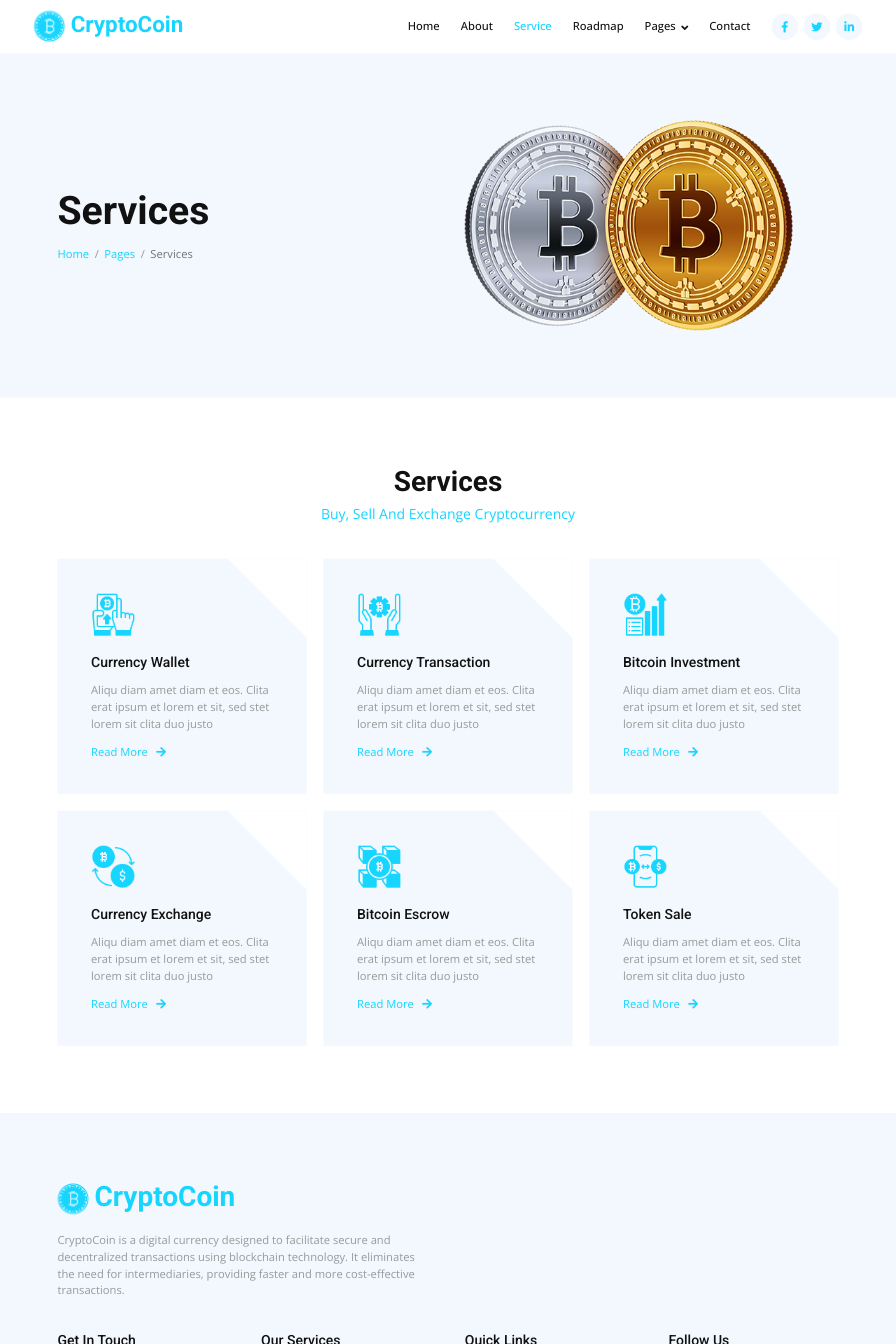
Repository: meenadabhii/nexacrypto
Page: service.html
These files come from the project's save history. The page is drawn as it stood at one moment and after the next save; the edit follows.
The browser window is 1280 px wide. The pictures show the part of the page from y = 0 to 1920 px (the page is 2198 px tall before and 2750 px after), at 70% of full size.
Some web libraries are served in a nearby version.

Above is the page before, as saved 2025-03-21 17:06:10.

After the next save:
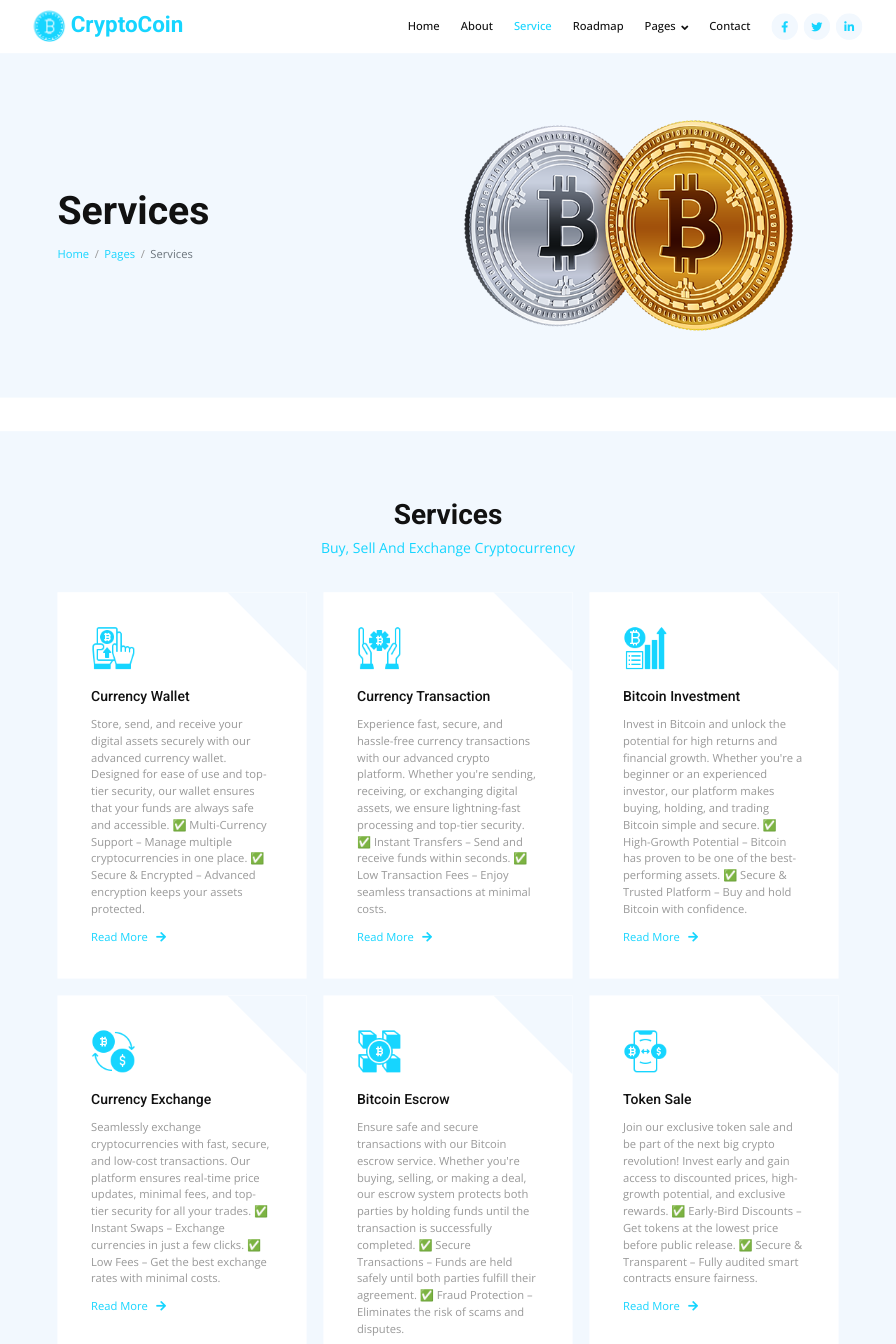
Saved 92 s later.
--- a/service.html
+++ b/service.html
@@ -98,58 +98,70 @@
 
 
     <!-- Service Start -->
-    <div class="container-xxl py-5">
-        <div class="container">
+    <div class="container-xxl bg-light py-5 my-5">
+        <div class="container py-5">
             <div class="text-center mx-auto wow fadeInUp" data-wow-delay="0.1s" style="max-width: 500px;">
                 <h1 class="display-6">Services</h1>
                 <p class="text-primary fs-5 mb-5">Buy, Sell And Exchange Cryptocurrency</p>
             </div>
             <div class="row g-4">
                 <div class="col-lg-4 col-md-6 wow fadeInUp" data-wow-delay="0.1s">
-                    <div class="service-item bg-light p-5">
+                    <div class="service-item bg-white p-5">
                         <img class="img-fluid mb-4" src="img/icon-7.png" alt="">
                         <h5 class="mb-3">Currency Wallet</h5>
-                        <p>Aliqu diam amet diam et eos. Clita erat ipsum et lorem et sit, sed stet lorem sit clita duo justo</p>
+                        <p>Store, send, and receive your digital assets securely with our advanced currency wallet. Designed for ease of use and top-tier security, our wallet ensures that your funds are always safe and accessible.
+                            ✅ Multi-Currency Support – Manage multiple cryptocurrencies in one place.
+                            ✅ Secure & Encrypted – Advanced encryption keeps your assets protected.</p>
                         <a href="">Read More <i class="fa fa-arrow-right ms-2"></i></a>
                     </div>
                 </div>
                 <div class="col-lg-4 col-md-6 wow fadeInUp" data-wow-delay="0.3s">
-                    <div class="service-item bg-light p-5">
+                    <div class="service-item bg-white p-5">
                         <img class="img-fluid mb-4" src="img/icon-3.png" alt="">
                         <h5 class="mb-3">Currency Transaction</h5>
-                        <p>Aliqu diam amet diam et eos. Clita erat ipsum et lorem et sit, sed stet lorem sit clita duo justo</p>
+                        <p>Experience fast, secure, and hassle-free currency transactions with our advanced crypto platform. Whether you're sending, receiving, or exchanging digital assets, we ensure lightning-fast processing and top-tier security.
+                            ✅ Instant Transfers – Send and receive funds within seconds.
+                            ✅ Low Transaction Fees – Enjoy seamless transactions at minimal costs.</p>
                         <a href="">Read More <i class="fa fa-arrow-right ms-2"></i></a>
                     </div>
                 </div>
                 <div class="col-lg-4 col-md-6 wow fadeInUp" data-wow-delay="0.5s">
-                    <div class="service-item bg-light p-5">
+                    <div class="service-item bg-white p-5">
                         <img class="img-fluid mb-4" src="img/icon-9.png" alt="">
                         <h5 class="mb-3">Bitcoin Investment</h5>
-                        <p>Aliqu diam amet diam et eos. Clita erat ipsum et lorem et sit, sed stet lorem sit clita duo justo</p>
+                        <p>Invest in Bitcoin and unlock the potential for high returns and financial growth. Whether you're a beginner or an experienced investor, our platform makes buying, holding, and trading Bitcoin simple and secure.
+                            ✅ High-Growth Potential – Bitcoin has proven to be one of the best-performing assets.
+                            ✅ Secure & Trusted Platform – Buy and hold Bitcoin with confidence.</p>
                         <a href="">Read More <i class="fa fa-arrow-right ms-2"></i></a>
                     </div>
                 </div>
                 <div class="col-lg-4 col-md-6 wow fadeInUp" data-wow-delay="0.1s">
-                    <div class="service-item bg-light p-5">
+                    <div class="service-item bg-white p-5">
                         <img class="img-fluid mb-4" src="img/icon-5.png" alt="">
                         <h5 class="mb-3">Currency Exchange</h5>
-                        <p>Aliqu diam amet diam et eos. Clita erat ipsum et lorem et sit, sed stet lorem sit clita duo justo</p>
+                        <p>Seamlessly exchange cryptocurrencies with fast, secure, and low-cost transactions. Our platform ensures real-time price updates, minimal fees, and top-tier security for all your trades.
+                            ✅ Instant Swaps – Exchange currencies in just a few clicks.
+                            ✅ Low Fees – Get the best exchange rates with minimal costs.</p>
                         <a href="">Read More <i class="fa fa-arrow-right ms-2"></i></a>
                     </div>
                 </div>
                 <div class="col-lg-4 col-md-6 wow fadeInUp" data-wow-delay="0.3s">
-                    <div class="service-item bg-light p-5">
+                    <div class="service-item bg-white p-5">
                         <img class="img-fluid mb-4" src="img/icon-2.png" alt="">
                         <h5 class="mb-3">Bitcoin Escrow</h5>
-                        <p>Aliqu diam amet diam et eos. Clita erat ipsum et lorem et sit, sed stet lorem sit clita duo justo</p>
+                        <p>Ensure safe and secure transactions with our Bitcoin escrow service. Whether you're buying, selling, or making a deal, our escrow system protects both parties by holding funds until the transaction is successfully completed.
+                            ✅ Secure Transactions – Funds are held safely until both parties fulfill their agreement.
+                            ✅ Fraud Protection – Eliminates the risk of scams and disputes.</p>
                         <a href="">Read More <i class="fa fa-arrow-right ms-2"></i></a>
                     </div>
                 </div>
                 <div class="col-lg-4 col-md-6 wow fadeInUp" data-wow-delay="0.5s">
-                    <div class="service-item bg-light p-5">
+                    <div class="service-item bg-white p-5">
                         <img class="img-fluid mb-4" src="img/icon-8.png" alt="">
                         <h5 class="mb-3">Token Sale</h5>
-                        <p>Aliqu diam amet diam et eos. Clita erat ipsum et lorem et sit, sed stet lorem sit clita duo justo</p>
+                        <p>Join our exclusive token sale and be part of the next big crypto revolution! Invest early and gain access to discounted prices, high-growth potential, and exclusive rewards.
+                            ✅ Early-Bird Discounts – Get tokens at the lowest price before public release.
+                            ✅ Secure & Transparent – Fully audited smart contracts ensure fairness.</p>
                         <a href="">Read More <i class="fa fa-arrow-right ms-2"></i></a>
                     </div>
                 </div>
